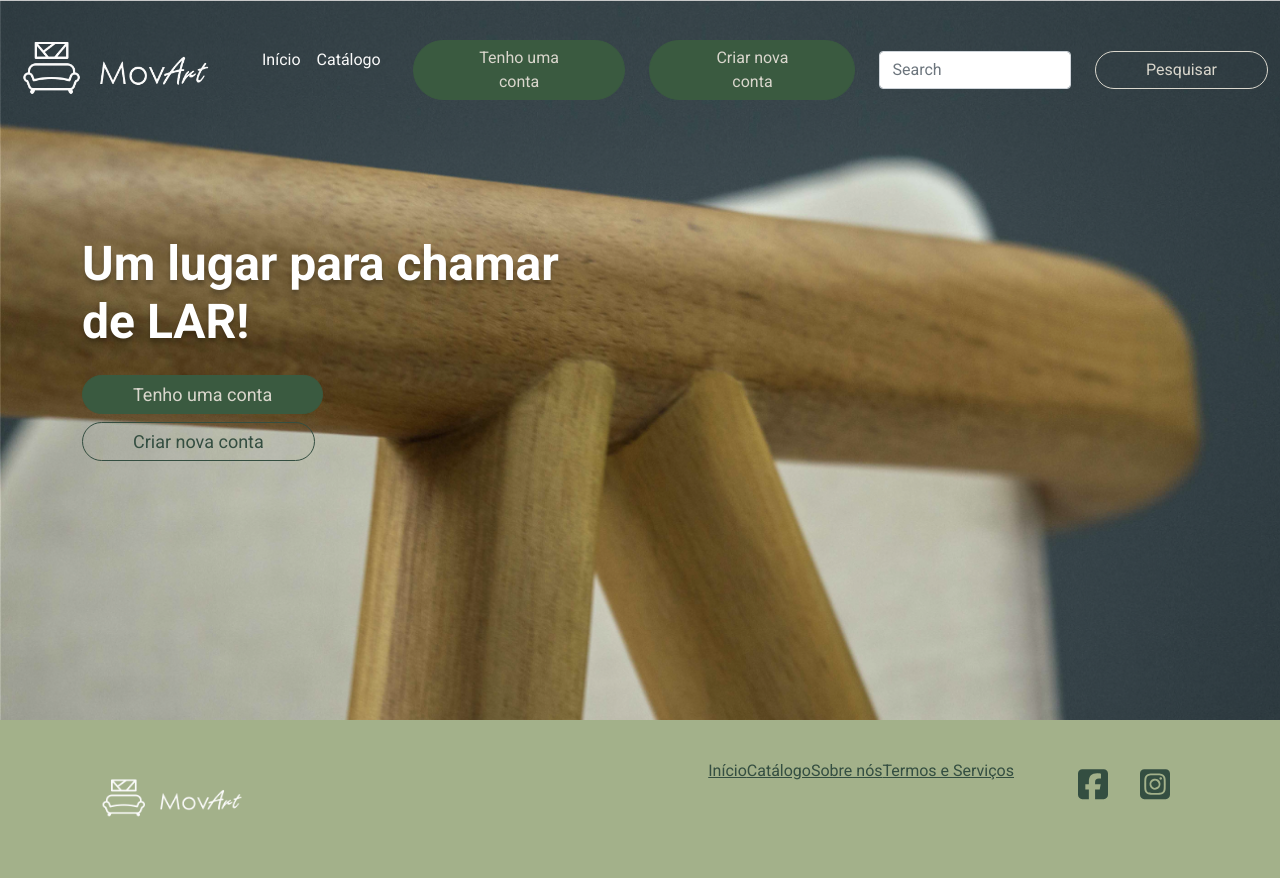
Repository: telesbp/Projeto-4-e-Projeto-5
Page: / (app in front-end/)
These files come from the project's save history. The page is drawn as it stood at one moment and after the next save; the edit follows.
The browser window is 1280 px wide. The pictures show the whole page.
The project was rebuilt for these pictures with package versions that can differ from the ones it lists, and the page was loaded fresh each time.

Above is the page before, as saved 2022-07-18 18:45:46.

After the next save:
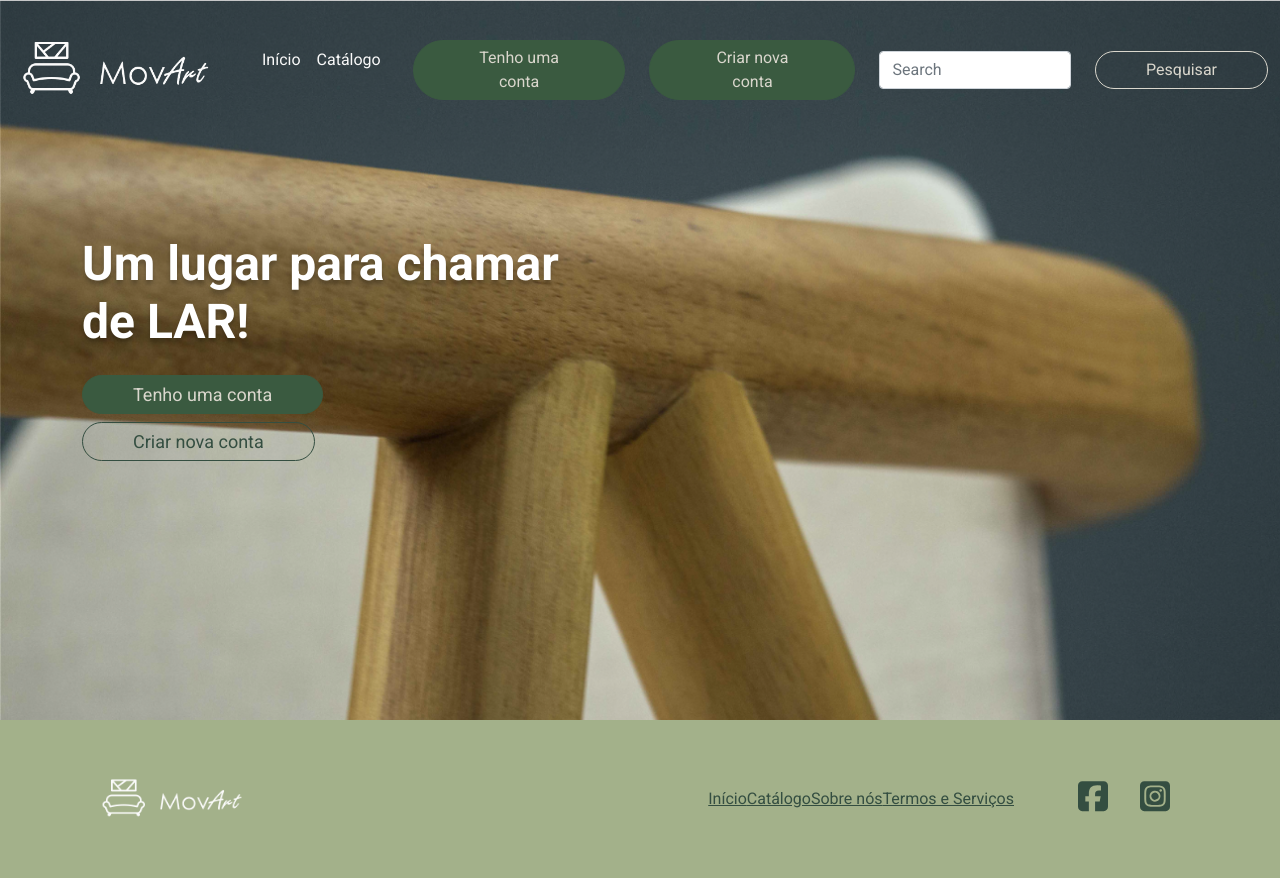
Saved 2 min 41 s later.
--- a/front-end/src/components/Layout/Footer.tsx
+++ b/front-end/src/components/Layout/Footer.tsx
@@ -8,7 +8,7 @@ import LogoBrand from "../../assets/img/logobranca.png"
 export function Footer () {
     return(
         <FooterStyled>
-            <Container className="d-flex flex-lg-row p-4 justify-content-center">
+            <Container className="d-flex flex-lg-row p-4 justify-content-center align-items-center">
                 <Link to="/" className="me-lg-auto" >
                     <img src={LogoBrand} alt="MovArt" width={170} height={80}/>
                 </Link>
